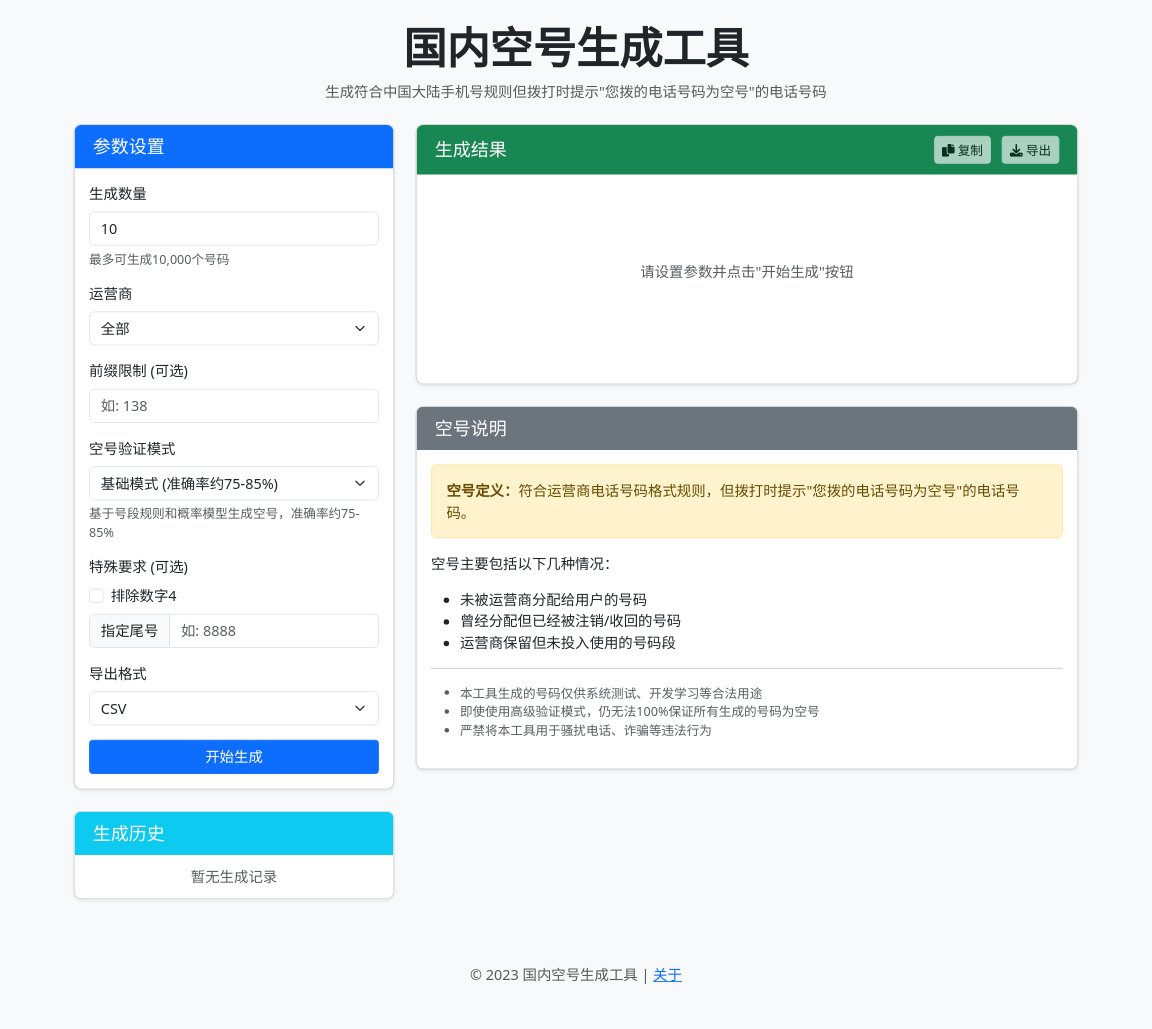
Repository: cuijianjun/ai_generate
Page: phone/index.html
These files come from the project's save history. The page is drawn as it stood at one moment and after a run of saves; the edit follows.
The browser window is 1280 px wide. The pictures show the whole page, at 90% of full size.

Above is the page before, as saved 2025-05-12 22:37:39.

After the next 2 saves:
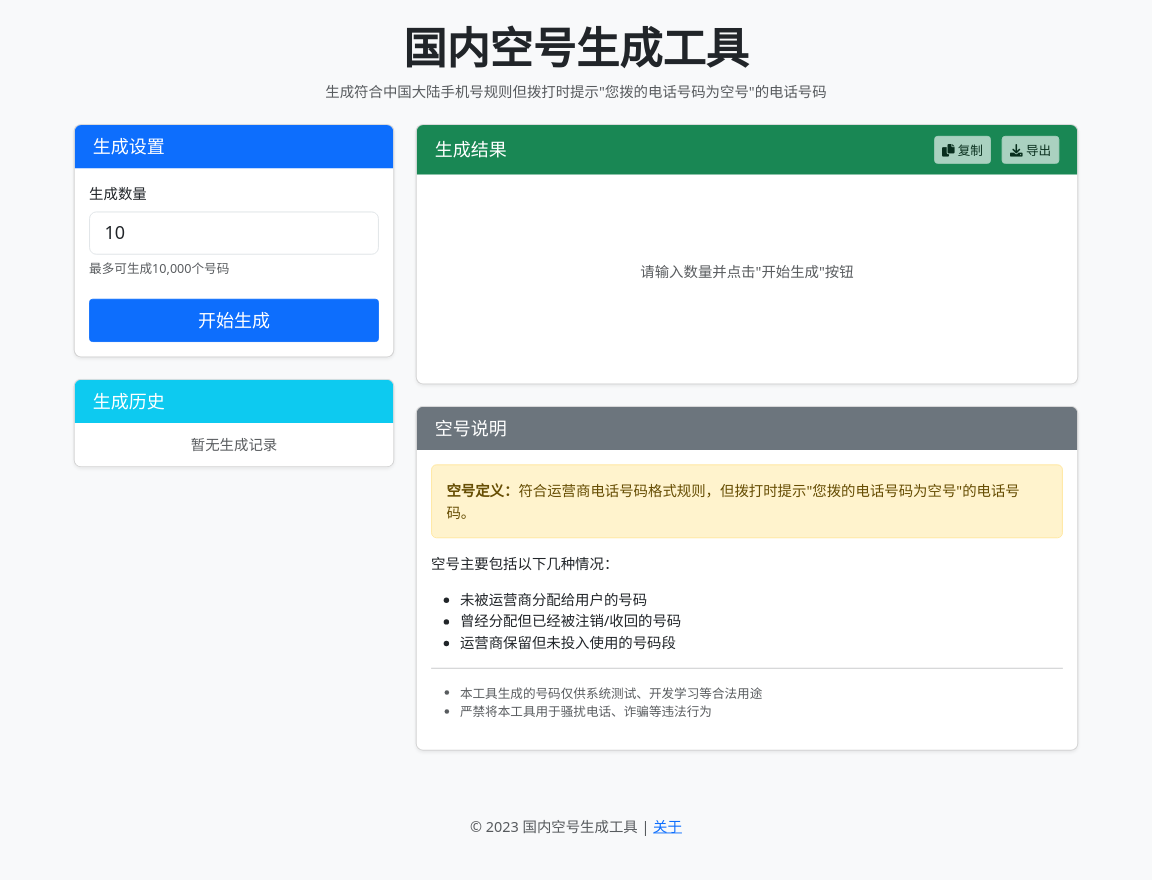
Console error: TypeError: Cannot set properties of null (setting 'textContent')
The 2 saves are shown as one change because they came seconds apart.
The last was saved 2 min 45 s later.
--- a/phone/index.html
+++ b/phone/index.html
@@ -25,78 +25,30 @@
             <div class="col-md-4">
                 <div class="card shadow-sm mb-4">
                     <div class="card-header bg-primary text-white">
-                        <h5 class="card-title mb-0">参数设置</h5>
+                        <h5 class="card-title mb-0">生成设置</h5>
                     </div>
                     <div class="card-body">
                         <form id="phoneForm">
                             <!-- 生成数量 -->
-                            <div class="mb-3">
+                            <div class="mb-4">
                                 <label for="count" class="form-label">生成数量</label>
-                                <input type="number" class="form-control" id="count" min="1" max="10000" value="10">
+                                <input type="number" class="form-control form-control-lg" id="count" min="1" max="10000"
+                                    value="10">
                                 <div class="form-text">最多可生成10,000个号码</div>
                             </div>
 
-                            <!-- 运营商 -->
-                            <div class="mb-3">
-                                <label for="operator" class="form-label">运营商</label>
-                                <select class="form-select" id="operator">
-                                    <option value="all" selected>全部</option>
-                                    <option value="mobile">中国移动</option>
-                                    <option value="unicom">中国联通</option>
-                                    <option value="telecom">中国电信</option>
-                                </select>
-                            </div>
-
-                            <!-- 前缀限制 -->
-                            <div class="mb-3">
-                                <label for="prefix" class="form-label">前缀限制 (可选)</label>
-                                <input type="text" class="form-control" id="prefix" placeholder="如: 138">
-                            </div>
-
-                            <!-- 空号验证模式 -->
-                            <div class="mb-3">
-                                <label for="verifyMode" class="form-label">空号验证模式</label>
-                                <select class="form-select" id="verifyMode">
-                                    <option value="basic" selected>基础模式 (准确率约75-85%)</option>
-                                    <option value="standard">标准模式 (准确率约85-95%)</option>
-                                    <option value="advanced">高级模式 (准确率约95%以上)</option>
-                                </select>
-                                <div id="verifyModeHelp" class="form-text">基于号段规则和概率模型生成空号</div>
-                            </div>
-
-                            <!-- API密钥 (高级模式) -->
-                            <div class="mb-3 d-none" id="apiKeyGroup">
-                                <label for="apiKey" class="form-label">API密钥 (高级模式必需)</label>
-                                <input type="password" class="form-control" id="apiKey" placeholder="输入您的API密钥">
-                                <div class="form-text">用于调用第三方空号验证API</div>
-                            </div>
-
-                            <!-- 特殊要求 -->
-                            <div class="mb-3">
-                                <label class="form-label">特殊要求 (可选)</label>
-                                <div class="form-check mb-2">
-                                    <input class="form-check-input" type="checkbox" id="exclude4">
-                                    <label class="form-check-label" for="exclude4">排除数字4</label>
-                                </div>
-                                <div class="input-group">
-                                    <span class="input-group-text">指定尾号</span>
-                                    <input type="text" class="form-control" id="tail" placeholder="如: 8888">
-                                </div>
-                            </div>
-
-                            <!-- 导出格式 -->
-                            <div class="mb-3">
-                                <label for="format" class="form-label">导出格式</label>
-                                <select class="form-select" id="format">
-                                    <option value="csv" selected>CSV</option>
-                                    <option value="excel">Excel</option>
-                                    <option value="json">JSON</option>
-                                </select>
-                            </div>
+                            <!-- 隐藏的默认参数 -->
+                            <input type="hidden" id="verifyMode" value="advanced">
+                            <input type="hidden" id="operator" value="all">
+                            <input type="hidden" id="format" value="csv">
+                            <input type="hidden" id="apiKey" value="">
+                            <input type="hidden" id="prefix" value="">
+                            <input type="hidden" id="exclude4" checked>
+                            <input type="hidden" id="tail" value="">
 
                             <!-- 生成按钮 -->
                             <div class="d-grid gap-2">
-                                <button type="button" id="generateBtn" class="btn btn-primary">
+                                <button type="button" id="generateBtn" class="btn btn-primary btn-lg">
                                     <span id="spinner" class="spinner-border spinner-border-sm d-none" role="status"
                                         aria-hidden="true"></span>
                                     <span id="btnText">开始生成</span>
@@ -135,7 +87,7 @@
                     </div>
                     <div class="card-body">
                         <div id="resultEmpty" class="text-center py-5">
-                            <p class="text-muted">请设置参数并点击"开始生成"按钮</p>
+                            <p class="text-muted">请输入数量并点击"开始生成"按钮</p>
                         </div>
 
                         <div id="resultContent" class="d-none">
@@ -143,9 +95,6 @@
                                 <div class="d-flex justify-content-between align-items-center">
                                     <span>共生成了 <strong id="numberCount">0</strong> 个空号</span>
                                     <span id="generationTime"></span>
-                                </div>
-                                <div class="mt-2 small">
-                                    验证模式: <span id="usedVerifyMode" class="fw-bold">基础模式</span>
                                 </div>
                             </div>
 
@@ -186,7 +135,6 @@
                         <hr>
                         <ul class="text-muted small">
                             <li>本工具生成的号码仅供系统测试、开发学习等合法用途</li>
-                            <li>即使使用高级验证模式，仍无法100%保证所有生成的号码为空号</li>
                             <li>严禁将本工具用于骚扰电话、诈骗等违法行为</li>
                         </ul>
                     </div>
